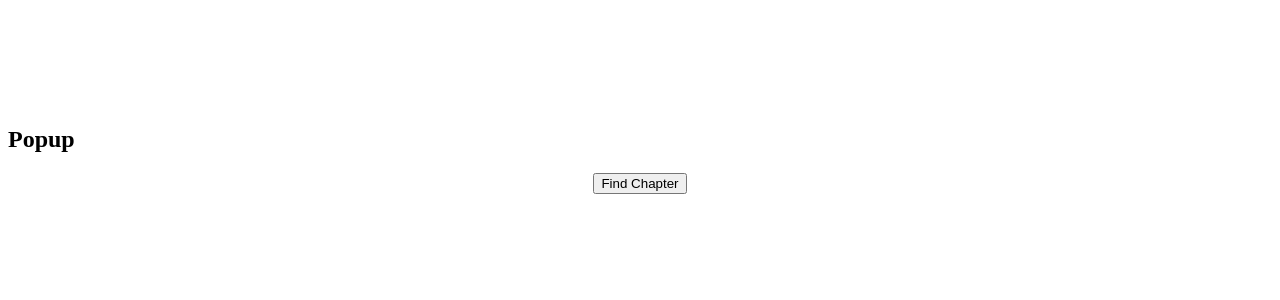
Repository: jpaisiem/WP-4
Page: index.html
An editor plug-in stored every save of this project. The page is shown before and after the next save, followed by the edit.
The browser window is 1280 px wide. The pictures show the whole page.

Above is the page before, as saved 2025-04-29 11:41:39.

### index.html
<!DOCTYPE html>
<html>
<head>
<meta name="viewport" content="width=device-width, initial-scale=1">
<style>
/* Popup container - can be anything you want */
.popup {
  position: relative;
  display: inline-block;
  cursor: pointer;
  -webkit-user-select: none;
  -moz-user-select: none;
  -ms-user-select: none;
  user-select: none;
  text-align: left;
}

/* The actual popup */
.popup .popuptext {
  visibility: hidden;
  width: 160px;
  background-color: #555;
  color: #fff;
  text-align: center;
  border-radius: 6px;
  padding: 8px 0;
  position: absolute;
  z-index: 1;
  bottom: 125%;
  left: 50%;
  margin-left: -80px;
}

/* Popup arrow */
.popup .popuptext::after {
  content: "";
  position: absolute;
  top: 100%;
  left: 50%;
  margin-left: -5px;
  border-width: 5px;
  border-style: solid;
  border-color: #555 transparent transparent transparent;
}

/* Toggle this class - hide and show the popup */
.popup .show {
  visibility: visible;
  -webkit-animation: fadeIn 1s;
  animation: fadeIn 1s;
}

/* Add animation (fade in the popup) */
@-webkit-keyframes fadeIn {
  from {opacity: 0;}
  to {opacity: 1;}
}

@keyframes fadeIn {
  from {opacity: 0;}
  to {opacity:1 ;}
}
</style>
</head>
<body style="text-align:center">

<h2 style="margin-top: 10%; text-align: left;">Popup</h2>

<div class="popup" onclick="myFunction()"><button>Find Chapter</button>
  <span class="popuptext" id="myPopup"> <table>
    <tr>
      <td>Chapter 1</td>
      <td>Chapter 2</td>
      <td>Chapter 3</td>
    </tr>
    <tr>
      <td>Chapter 4</td>
      <td>Chapter 5</td>
      <td>Chapter 6</td>
    </tr>
    <tr>
      <td>Chapter 7</td>
      <td>Chapter 8</td>
      <td>Chapter 9</td>
    </tr>
  </table></span>
</div>
<script>
// When the user clicks on div, open the popup
function myFunction() {
  var popup = document.getElementById("myPopup");
  popup.classList.toggle("show");
}
</script>

</body>
</html>

After the next save:
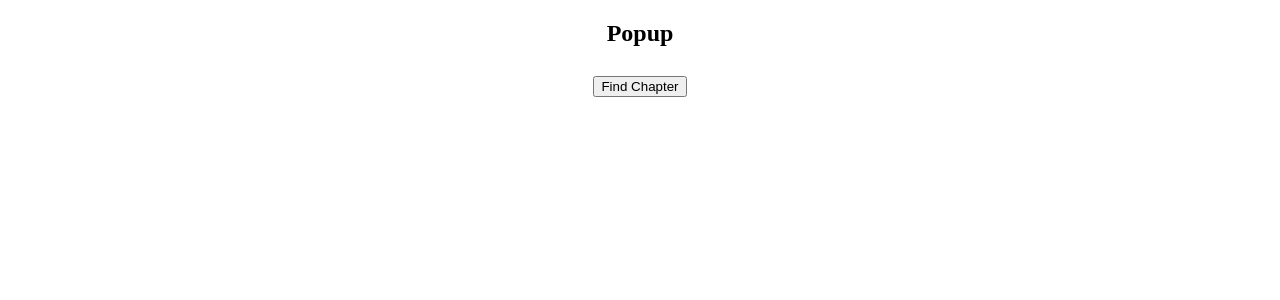
Saved 18 s later.
--- a/index.html
+++ b/index.html
@@ -64,9 +64,9 @@
 </head>
 <body style="text-align:center">
 
-<h2 style="margin-top: 10%; text-align: left;">Popup</h2>
+<h2 >Popup</h2>
 
-<div class="popup" onclick="myFunction()"><button>Find Chapter</button>
+<div class="popup" onclick="myFunction()"><button style="margin-top: 10%; text-align: left;">Find Chapter</button>
   <span class="popuptext" id="myPopup"> <table>
     <tr>
       <td>Chapter 1</td>
